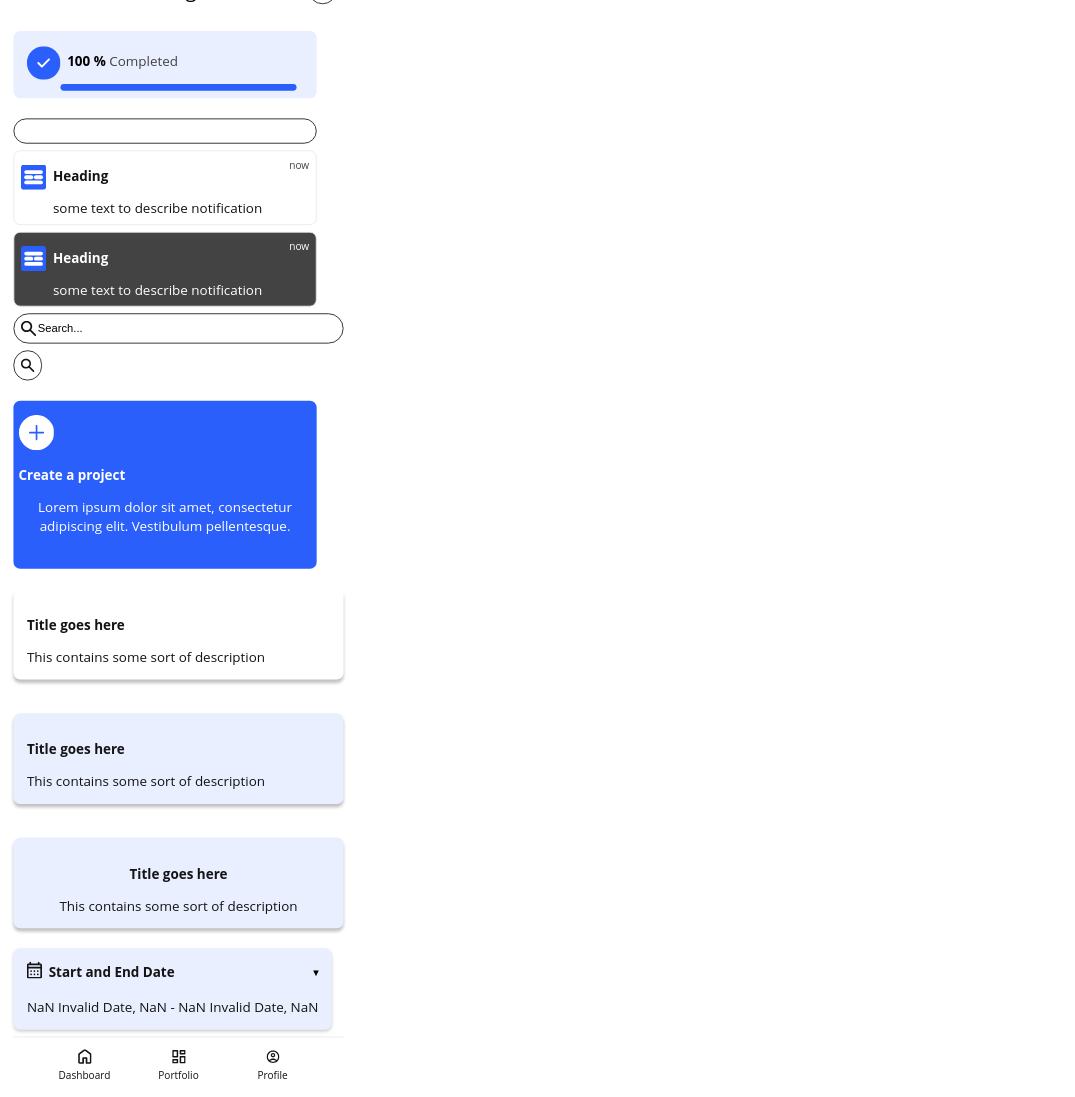
Repository: brunaguarizo/mosaic_app
Page: /
These files come from the project's save history. The page is drawn as it stood at one moment and after the next save; the edit follows.
The browser window is 1280 px wide. The pictures show the whole page, at 84% of full size.
The project was rebuilt for these pictures with package versions that can differ from the ones it lists, and the page was loaded fresh each time. The framework's server and built-in components were replaced by stand-ins that run in the browser. Also part of the build but not shown: next.config.mjs, app/_ui/Button/Button.js, app/_ui/Tag/Tag.js, app/_ui/Project_card/Project_card.js, app/_ui/Date_PopUp/Date_PopUp.module.css, app/_ui/Date_PopUp/Date_PopUp.js.

Above is the page before, as saved 2025-04-18 20:13:05.

### app/page.js
import Styles from "@/app/page.module.css";
import Navbar from "@/app/_ui/navbar/navbar";
import ProjectCard from "./_ui/Project_card/Project_card";
import Button from "./_ui/Button/Button";
import DatePicker from "./_ui/Date_PopUp/Date_PopUp";
import DateCard from "./_ui/Date_Card/Date_Card";
import CreateProject from "./_ui/Create_Project_Button/Create_Project_Button";
import DescriptionBox from "./_ui/Description_Box/Description_Box";
import Searchbar from "./_ui/Search_Bar/Search_Bar";
import Headingbar from "./_ui/Heading_Bar/Heading_Bar";
import NotificationBox from "./_ui/Notification_Box/Notification_Box";
import ProgressBar from "./_ui/Progress_Bar/Progress_Bar";
import SingleInput from "./_ui/Input_Box/Input_Box";

export default function Home() {
    return (
        <div className={Styles.container}>
            <Headingbar
                heading='Heading'
                type='navigation'
            />
            <Headingbar
                heading='Heading'
                type='pagination'
            />
            <Headingbar
                heading='Heading'
                type='search'
            />
            <Headingbar
                heading='Heading'
                type='heading'
            />
            <ProgressBar CompletionAmount={100} />
            <SingleInput type='secondary' />
            <NotificationBox
                type='primary'
                notificationHeading='Heading'
                notificationBody='some text to describe notification'
                image='mosaic-favicon'
                time='now'
            />
            <NotificationBox
                type='secondary'
                notificationHeading='Heading'
                notificationBody='some text to describe notification'
                image='mosaic-favicon'
                time='now'
            />
            <Searchbar type='primary' />
            <Searchbar
                type='secondary'
                inputView='invisible'
            />

            <CreateProject />
            <DescriptionBox
                title='Title goes here'
                description='This contains some sort of description'
                useCase='primary'
            />
            <DescriptionBox
                title='Title goes here'
                description='This contains some sort of description'
                useCase='secondary'
            />
            <DescriptionBox
                title='Title goes here'
                description='This contains some sort of description'
                useCase='conditions'
            />
            <DateCard />
            <Navbar />
        </div>
    );
}

### app/globals.css
/* ------------------------------------------------------ GENERAL STYLES ------------------------------------------------------ */
*,
*::before,
*::after {
    box-sizing: inherit;
}

html,
body {
    padding: 0;
    margin: 0;
    font-family: var(--font-family);
    box-sizing: border-box;
}

html {
    display: flex;
    justify-content: center;
    align-items: center;
    width: 393px;
    height: 100%;
    margin: var(--space-regular);
}

.container {
}

.two-column {
    display: grid;
    grid-template-columns: 1fr 1fr;
    gap: var(--space-large);
}

/* ------------------------------------------------------ VARIABLES ------------------------------------------------------ */
:root {
    /* ----- COLORS ----- */
    --blue-primary: rgb(43, 95, 252);
    --blue-50: rgb(234, 239, 255);
    --blue-900: rgb(18, 40, 106);
    --white: #ffffff;
    --black: rgb(20, 20, 20);
    --grey-400: rgb(67, 67, 67);
    --yellow-secondary: rgb(255, 218, 1);
    --orange-secondary: rgb(255, 94, 9);
    --green-secondary: rgb(0, 193, 79);
    --purple-secondary: rgb(154, 65, 255);

    /* ----- TYPE ----- */
    --font-family: "Open Sans", sans-serif;

    --header-xxlarge-size: 88px;
    --title-section-font-size: 30px;
    --button-font-size: 24px;
    --body-text-font-size: 20px;
    --menu-font-size: 16px;
    --label-font-size: 12px;

    --font-style-normal: normal;
    --font-weight-bold: bold;

    --line-height-xxlarge: 100px;
    --line-height-large: 36px;
    --line-height-medium: 28px;
    --line-height-small: 20px;

    /* ----- SPACING ----- */
    --space-small: 8px;
    --space-regular: 16px;
    --space-medium: 32px;
    --space-large: 48px;
    --space-extra-large: 140px;
}

### app/_ui/navbar/navbar.module.css

.nav {
    width: 393px;
    height: 72px;
    justify-content: center;
    align-items: center;
    display: flex;
    flex-direction: row;
    padding: 0;
    margin: 0;
    gap: var(--space-large);
    border-top: 1px solid var(--grey-50);
}

.navbar__item {
    display: flex;
    flex-direction: column;
    justify-content: center;
    align-items: center;
    gap: 4px;
    text-decoration: none;
    width: 60px;
    height: 44px;
    padding-left: 32px;
    padding-right: 32px;
    margin: 0;
}

.navbar__icon {
    max-width: 16px;
    padding: 0;
    margin: 0;
    fill: var(--black);
}

.navbar__text {
    color: var(--black);
    font-size: var(--label-font-size);
    font-weight: var(--font-weight-400);
    line-height: var(--line-height-small);
    text-decoration: none;
    padding: 0;
    margin: 0;
}

.navbar__item:hover .navbar__text,
.navbar__item:hover .navbar__icon,
.navbar__item:active .navbar__text,
.navbar__item:active .navbar__icon {
  color: var(--blue-primary);
  fill: var(--blue-primary);
}

/* ------------------------------------------------------ VARIABLES ------------------------------------------------------ */
:root {
    /* ----- COLORS ----- */
    --blue-primary: rgb(43,95,252);
    --blue-50: rgb(234, 239, 255);
    --blue-900: rgb(18, 40, 106);
    --white: #FFFFFF;
    --grey-50: #E8E8E8;
    --black: rgb(20, 20, 20);
    --grey-400: rgb(67, 67, 67);
    --yellow-secondary: rgb(255, 218, 1);
    --orange-secondary: rgb(255, 94, 9);
    --green-secondary: rgb(0, 193, 79);
    --purple-secondary: rgb(154, 65, 255);

    /* ----- TYPE ----- */
    --font-family: "Open Sans", sans-serif;

    --header-xxlarge-size: 88px;
    --title-section-font-size: 30px;
    --button-font-size: 24px;
    --body-text-font-size: 20px;
    --menu-font-size: 16px;
    --label-font-size: 12px;

    --font-style-normal: normal;
    --font-weight-bold: bold;

    --line-height-xxlarge: 100px;
    --line-height-large: 36px;
    --line-height-medium: 28px;
    --line-height-small: 20px;

    /* ----- SPACING ----- */
    --space-small: 8px;
    --space-regular: 16px;
    --space-medium: 32px;
    --space-large: 48px;
    --space-extra-large: 88px;
  }

### app/_ui/Button/Button.module.css
.button {
    font-family: var(--font-family);
    font-size: var(--font-size-regular);
    font-weight: var(--font-weight-bold);
    width: 100%;
    padding-top: var(--space-small);
    padding-left: var(--space-regular);
    padding-right: var(--space-regular);
    padding-bottom: var(--space-small);
    border-radius: 100px;
    align-items: center;
    border: none;

    &:hover {
        background-color: var(--blue-900);
        color: var(--white);
    }
}

.primary {
    background: var(--blue-primary);
    color: var(--white);
}

.secondary {
    background-color: var(--white);
    border: 1px solid var(--blue-primary);
    color: var(--blue-primary);
}

.disabled {
    pointer-events: none;
    color: var(--white);
    background-color: var(--blue-100);
}

.small {
    font-size: var(--font-size-small);
    padding: var(--space-small);
    align-items: center;
}

.large {
    font-size: var(--font-size-large);
    padding: var(--space-regular);
}

.error {
    background-color: var(--orange-secondary);
}

/* ------------------------------------------------------ VARIABLES ------------------------------------------------------ */
:root {
    /* ----- COLORS ----- */
    --blue-primary: rgb(43, 95, 252);
    --blue-50: rgb(234, 239, 255);
    --blue-100: #bdcdfe;
    --blue-900: rgb(18, 40, 106);
    --white: #ffffff;
    --black: rgb(20, 20, 20);
    --grey-400: rgb(67, 67, 67);
    --yellow-secondary: rgb(255, 218, 1);
    --orange-secondary: rgb(255, 94, 9);
    --green-secondary: rgb(0, 193, 79);
    --purple-secondary: rgb(154, 65, 255);

    /* ----- TYPE ----- */
    --font-family: "Open Sans", sans-serif;

    --font-size-extra-large: 30px;
    --font-size-large: 24px;
    --font-size-medium: 20px;
    --font-size-regular: 16px;
    --font-size-small: 12px;

    --font-style-normal: normal;
    --font-weight-bold: bold;

    --line-height-xxlarge: 100px;
    --line-height-large: 36px;
    --line-height-medium: 28px;
    --line-height-small: 20px;

    /* ----- SPACING ----- */
    --space-small: 8px;
    --space-regular: 16px;
    --space-medium: 32px;
    --space-large: 48px;
    --space-extra-large: 140px;
}

### app/_ui/Date_Card/Date_Card.module.css
.card {
    background-color: var(--blue-50);
    border-radius: var(--space-small);
    padding: var(--space-regular);
    gap: var(--space-regular);
    box-shadow: 0 2px 4px rgba(0, 0, 0, 0.2);
    font-family: var(--font-family);
    cursor: pointer;
    display: flex;
    flex-direction: column;
    width: fit-content;
}

.header {
    display: flex;
    align-items: center;
    gap: var(--space-small);
    font-size: var(--font-size-regular);
    font-weight: var(--font-weight-bold);
    color: var(--black);
}

.label {
    flex-grow: 1;
}

.arrow {
    font-size: var(--font-size-small);
    color: black;
}

.arrow:hover {
    font-size: var(--font-size-small);
    color: var(--blue-primary);
}

.dateRange {
    margin-top: 2px;
    font-size: var(--font-size-regular);
    color: var(--black);
}

/* ------------------------------------------------------ VARIABLES ------------------------------------------------------ */
:root {
    /* ----- COLORS ----- */
    --blue-primary: rgb(43, 95, 252);
    --blue-50: rgb(234, 239, 255);
    --blue-100: #bdcdfe;
    --blue-900: rgb(18, 40, 106);
    --white: #ffffff;
    --black: rgb(20, 20, 20);
    --grey-400: rgb(67, 67, 67);
    --yellow-secondary: rgb(255, 218, 1);
    --orange-secondary: rgb(255, 94, 9);
    --green-secondary: rgb(0, 193, 79);
    --purple-secondary: rgb(154, 65, 255);

    /* ----- TYPE ----- */
    --font-family: "Open Sans", sans-serif;

    --font-size-extra-large: 30px;
    --font-size-large: 24px;
    --font-size-medium: 20px;
    --font-size-regular: 16px;
    --font-size-small: 12px;

    --font-style-normal: normal;
    --font-weight-bold: bold;

    --line-height-xxlarge: 100px;
    --line-height-large: 36px;
    --line-height-medium: 28px;
    --line-height-small: 20px;

    /* ----- SPACING ----- */
    --space-small: 8px;
    --space-regular: 16px;
    --space-medium: 32px;
    --space-large: 48px;
    --space-extra-large: 140px;
}

### app/_ui/Create_Project_Button/Create_Project_Button.module.css
.button_background {
    background-color: var(--blue-primary);
    border-radius: var(--space-small);
    border: none;
    width: 361px;
    height: 200px;
    display: flex;
    flex-direction: column;
    margin-top: var(--space-regular);
}

.button_icon {
    width: 42px;
    height: 42px;
    align-self: center;
    box-sizing: content-box;
    margin-top: var(--space-regular);
}

.button_heading {
    text-align: center;
    font-family: "Open Sans", sans-serif;
    font-size: var(--menu-font-size);
    font-weight: var(--font-weight-bold);
    color: white;
    padding: 0px;
    border: 0px;
    margin-top: var(--space-regular);
    margin-bottom: 0px;
}

.button_description {
    font-family: "Open Sans", sans-serif;
    font-size: var(--menu-font-size);
    font-style: var(--font-weight-normal);
    color: white;
    border: 0px;
    padding: 0px;
    margin-top: var(--space-regular);
    margin-bottom: 0px;
}
/* ------------------------------------------------------ VARIABLES ------------------------------------------------------ */
:root {
    /* ----- COLORS ----- */
    --blue-primary: rgb(43, 95, 252);
    --blue-50: rgb(234, 239, 255);
    --blue-900: rgb(18, 40, 106);
    --white: #ffffff;
    --grey-50: #e8e8e8;
    --black: rgb(20, 20, 20);
    --grey-400: rgb(67, 67, 67);
    --yellow-secondary: rgb(255, 218, 1);
    --orange-secondary: rgb(255, 94, 9);
    --green-secondary: rgb(0, 193, 79);
    --purple-secondary: rgb(154, 65, 255);

    /* ----- TYPE ----- */
    --font-family: "Open Sans", sans-serif;

    --header-xxlarge-size: 88px;
    --title-section-font-size: 30px;
    --button-font-size: 24px;
    --body-text-font-size: 20px;
    --menu-font-size: 16px;
    --label-font-size: 12px;

    --font-style-normal: normal;
    --font-weight-bold: bold;

    --line-height-xxlarge: 100px;
    --line-height-large: 36px;
    --line-height-medium: 28px;
    --line-height-small: 20px;

    /* ----- SPACING ----- */
    --space-small: 8px;
    --space-regular: 16px;
    --space-medium: 32px;
    --space-large: 48px;
    --space-extra-large: 140px;
}

### app/_ui/Search_Bar/Search_Bar.module.css
.primary {
    border: 1px solid var(--black);
    padding: var(--space-small);
    box-sizing: content-box;
    display: flex;
    flex-direction: row;
    border-radius: var(--border-radius-large);
}

.secondary {
    border: 1px solid var(--black);
    border-radius: var(--border-radius-large);
    width: var(--space-regular);
}

.visible {
    border: none;
}
.invisible {
    display: none;
}

.search_item {
    border: none;
}

.search_item:focus {
    outline: none;
    box-shadow: none;
}

/* ------------------------------------------------------ VARIABLES ------------------------------------------------------ */
:root {
    /* ----- COLORS ----- */
    --blue-primary: rgb(43, 95, 252);
    --blue-50: rgb(234, 239, 255);
    --blue-900: rgb(18, 40, 106);
    --white: #ffffff;
    --grey-50: #e8e8e8;
    --black: rgb(20, 20, 20);
    --grey-400: rgb(67, 67, 67);
    --yellow-secondary: rgb(255, 218, 1);
    --orange-secondary: rgb(255, 94, 9);
    --green-secondary: rgb(0, 193, 79);
    --purple-secondary: rgb(154, 65, 255);

    /* ----- BORDER RADIUS ----- */
    --border-radius-large: 100px;

    /* ----- TYPE ----- */
    --font-family: "Open Sans", sans-serif;

    --header-xxlarge-size: 88px;
    --title-section-font-size: 30px;
    --button-font-size: 24px;
    --body-text-font-size: 20px;
    --menu-font-size: 16px;
    --label-font-size: 12px;

    --font-style-normal: normal;
    --font-weight-bold: bold;

    --line-height-xxlarge: 100px;
    --line-height-large: 36px;
    --line-height-medium: 28px;
    --line-height-small: 20px;

    /* ----- SPACING ----- */
    --space-small: 8px;
    --space-regular: 16px;
    --space-medium: 32px;
    --space-large: 48px;
    --space-extra-large: 140px;
}

### app/_ui/Heading_Bar/Heading_Bar.module.css
.contentInner {
    display: flex;
    flex-direction: column;
    gap: var(--space-regular);
}

.row {
    display: flex;
    align-items: center;
}

.heading {
    flex-grow: 1;
    text-align: center;
    font-weight: var(--font-weight-normal);
    font-size: var(--button-font-size);
}

.icon {
    color: var(--blue-50);
    display: flex;
    align-items: center;
    justify-content: center;
}
.visible {
    display: flex;
}

.hidden {
    display: none;
}

.iconButton {
    background: none;
    border: none;
    color: var(--blue-50);
    display: flex;
    align-items: center;
    justify-content: center;
    padding: var(--space-small);
}

.iconButton:hover {
    background-color: var(--blue-50);
    border-radius: var(--border-radius-large);
}

.pagination {
    flex-grow: 1;
    text-align: right;
    color: var(--black);
    font-size: var(--menu-font-size);
    padding-right: var(--space-small);
}
/* ------------------------------------------------------ VARIABLES ------------------------------------------------------ */
:root {
    /* ----- COLORS ----- */
    --blue-primary: rgb(43, 95, 252);
    --blue-50: rgb(234, 239, 255);
    --blue-900: rgb(18, 40, 106);
    --white: #ffffff;
    --grey-50: #e8e8e8;
    --black: rgb(20, 20, 20);
    --grey-400: rgb(67, 67, 67);
    --yellow-secondary: rgb(255, 218, 1);
    --orange-secondary: rgb(255, 94, 9);
    --green-secondary: rgb(0, 193, 79);
    --purple-secondary: rgb(154, 65, 255);

    /* ----- BORDER RADIUS ----- */
    --border-radius-large: 100px;

    /* ----- TYPE ----- */
    --font-family: "Open Sans", sans-serif;

    --header-xxlarge-size: 88px;
    --title-section-font-size: 30px;
    --button-font-size: 24px;
    --body-text-font-size: 20px;
    --menu-font-size: 16px;
    --label-font-size: 12px;

    --font-style-normal: normal;
    --font-weight-bold: bold;

    --line-height-xxlarge: 100px;
    --line-height-large: 36px;
    --line-height-medium: 28px;
    --line-height-small: 20px;

    /* ----- SPACING ----- */
    --space-small: 8px;
    --space-regular: 16px;
    --space-medium: 32px;
    --space-large: 48px;
    --space-extra-large: 140px;
}

### app/_ui/Progress_Bar/Progress_Bar.module.css
.background {
    background-color: var(--blue-50);
    display: flex;
    flex-direction: row;
    border-radius: var(--space-small);
    align-items: center;
    padding: 16px;
    width: 361px;
    height: 80px;
    margin-top: var(--space-regular);
}
.icon {
    color: var(--blue-primary);
}

.content_row {
    display: flex;
    flex-direction: column;
}

.bar_text {
    display: flex;
    flex-direction: row;
    align-items: center;
}
.bar_completion,
.bar_amount {
    font-family: var(--font-family);
}
.bar_completion {
    color: var(--grey-400);
}
.bar_amount {
    font-size: var(--menu-font-size);
    padding-right: 4px;
}
.bar_text {
    padding-left: var(--space-small);
}

.bar {
    background-color: var(--blue-primary);
    width: 281px;
    height: var(--space-small);
    border-radius: var(--space-small);
}

/* ------------------------------------------------------ VARIABLES ------------------------------------------------------ */
:root {
    /* ----- COLORS ----- */
    --blue-primary: rgb(43, 95, 252);
    --blue-50: rgb(234, 239, 255);
    --blue-900: rgb(18, 40, 106);
    --white: #ffffff;
    --grey-50: #e8e8e8;
    --black: rgb(20, 20, 20);
    --grey-400: rgb(67, 67, 67);
    --yellow-secondary: rgb(255, 218, 1);
    --orange-secondary: rgb(255, 94, 9);
    --green-secondary: rgb(0, 193, 79);
    --purple-secondary: rgb(154, 65, 255);

    /* ----- TYPE ----- */
    --font-family: "Open Sans", sans-serif;

    --header-xxlarge-size: 88px;
    --title-section-font-size: 30px;
    --button-font-size: 24px;
    --body-text-font-size: 20px;
    --menu-font-size: 16px;
    --label-font-size: 12px;

    --font-style-normal: normal;
    --font-weight-bold: bold;

    --line-height-xxlarge: 100px;
    --line-height-large: 36px;
    --line-height-medium: 28px;
    --line-height-small: 20px;

    /* ----- SPACING ----- */
    --space-small: 8px;
    --space-regular: 16px;
    --space-medium: 32px;
    --space-large: 48px;
    --space-extra-large: 140px;
}

### app/_ui/Input_Box/Input_Box.module.css
.primary {
    border: 1px solid var(--black);
    padding: 8px;
    margin-top: var(--space-regular);
    border-radius: 100px;
    width: 361px;
}

.hidden {
    display: none;
}

.input_name {
    font-family: var(--font-family);
    font-size: var(--label-font-size);
    color: var(--black);
}

/* ------------------------------------------------------ VARIABLES ------------------------------------------------------ */
:root {
    /* ----- COLORS ----- */
    --blue-primary: rgb(43, 95, 252);
    --blue-50: rgb(234, 239, 255);
    --blue-900: rgb(18, 40, 106);
    --white: #ffffff;
    --grey-50: #e8e8e8;
    --black: rgb(20, 20, 20);
    --grey-400: rgb(67, 67, 67);
    --yellow-secondary: rgb(255, 218, 1);
    --orange-secondary: rgb(255, 94, 9);
    --green-secondary: rgb(0, 193, 79);
    --purple-secondary: rgb(154, 65, 255);

    /* ----- TYPE ----- */
    --font-family: "Open Sans", sans-serif;

    --header-xxlarge-size: 88px;
    --title-section-font-size: 30px;
    --button-font-size: 24px;
    --body-text-font-size: 20px;
    --menu-font-size: 16px;
    --label-font-size: 12px;

    --font-style-normal: normal;
    --font-weight-bold: bold;

    --line-height-xxlarge: 100px;
    --line-height-large: 36px;
    --line-height-medium: 28px;
    --line-height-small: 20px;

    /* ----- SPACING ----- */
    --space-small: 8px;
    --space-regular: 16px;
    --space-medium: 32px;
    --space-large: 48px;
    --space-extra-large: 140px;
}

### app/_ui/Tag/Tag.module.css
.tag {
    font-family: var(--font-family);
    font-size: var(--font-size-small);
    font-weight: var(--font-weight-regular);
    width: 80px;
    padding: var(--space-extra-small);
    border-radius: 100px;
    border: none;
    background-color: var(--orange-secondary);

    display: flex;
    justify-content: center;
    align-items: center;
    text-align: center;
}

/* ------------------------------------------------------ VARIABLES ------------------------------------------------------ */
:root {
    /* ----- COLORS ----- */
    --blue-primary: rgb(43, 95, 252);
    --blue-50: rgb(234, 239, 255);
    --blue-100: #bdcdfe;
    --blue-900: rgb(18, 40, 106);
    --white: #ffffff;
    --black: rgb(20, 20, 20);
    --grey-400: rgb(67, 67, 67);
    --yellow-secondary: rgb(255, 218, 1);
    --orange-secondary: rgb(255, 94, 9);
    --green-secondary: rgb(0, 193, 79);
    --purple-secondary: rgb(154, 65, 255);

    /* ----- TYPE ----- */
    --font-family: "Open Sans", sans-serif;

    --font-size-extra-large: 30px;
    --font-size-large: 24px;
    --font-size-medium: 20px;
    --font-size-regular: 16px;
    --font-size-small: 12px;

    --font-style-normal: normal;
    --font-weight-bold: bold;

    --line-height-xxlarge: 100px;
    --line-height-large: 36px;
    --line-height-medium: 28px;
    --line-height-small: 20px;

    /* ----- SPACING ----- */
    --space-extra-small: 4px;
    --space-small: 8px;
    --space-regular: 16px;
    --space-medium: 32px;
    --space-large: 48px;
    --space-extra-large: 140px;
}

Loaded but not shown: app/layout.js (common file); app/_ui/Heading_Bar/Heading_Bar.js (110 lines, source omitted); app/_ui/navbar/navbar.js (56 lines, source omitted); app/_ui/Date_Card/Date_Card.js (50 lines, source omitted); app/_ui/Search_Bar/Search_Bar.js (36 lines, source omitted); app/_ui/Create_Project_Button/Create_Project_Button.js (38 lines, source omitted); app/_ui/Progress_Bar/Progress_Bar.js (38 lines, source omitted); app/_ui/Notification_Box/Notification_Box.js (37 lines, source omitted); app/_ui/Input_Box/Input_Box.js (25 lines, source omitted); app/_ui/Description_Box/Description_Box.js (18 lines, source omitted); app/page.module.css (174 lines, source omitted); app/_ui/Description_Box/Description_Box.module.css (94 lines, source omitted); app/_ui/Notification_Box/Notification_Box.module.css (107 lines, source omitted); app/_ui/Project_card/Project_card.module.css (102 lines, source omitted)

After the next save:
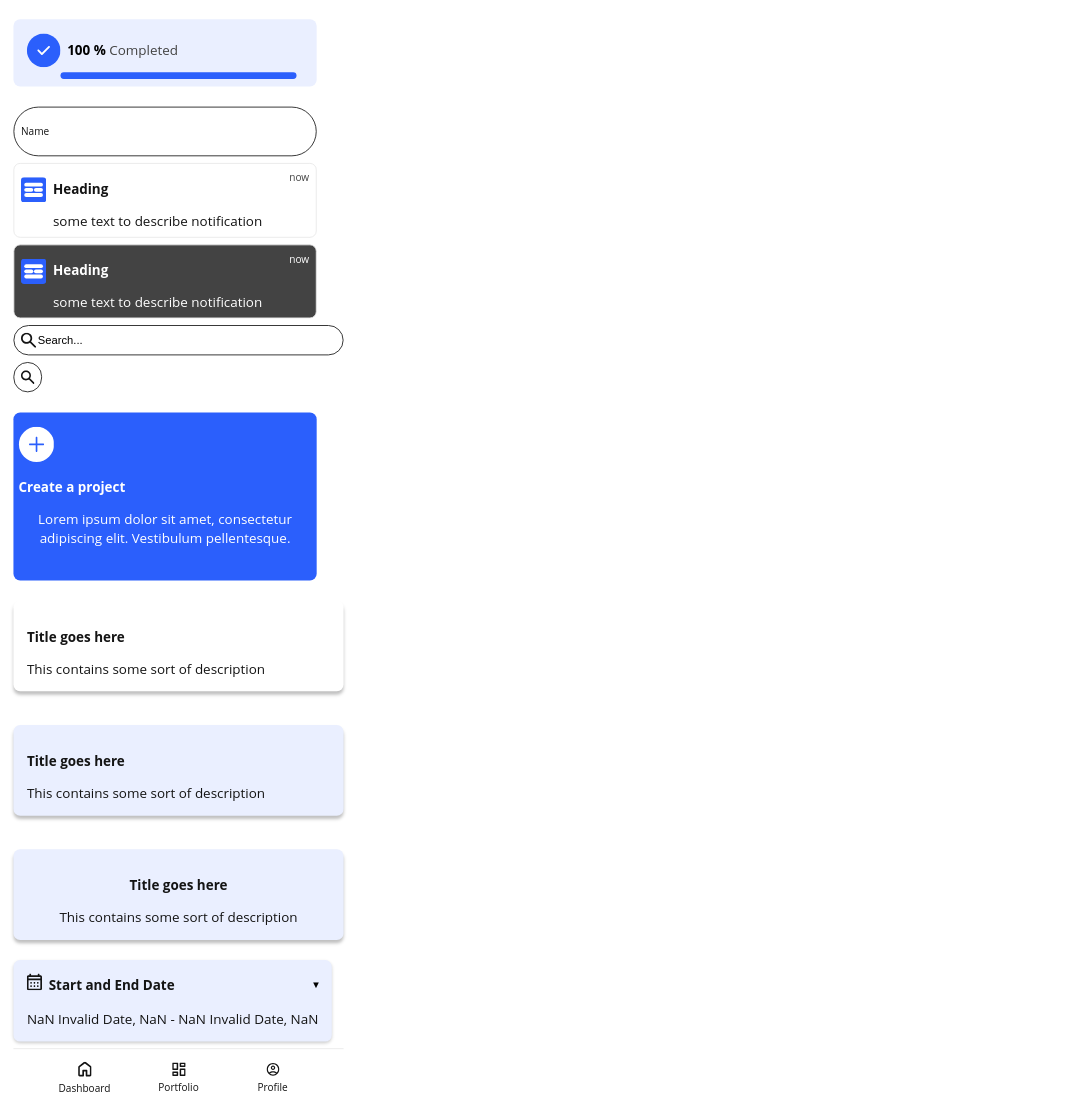
Saved 30 s later.
--- a/app/page.js
+++ b/app/page.js
@@ -32,7 +32,10 @@ export default function Home() {
                 type='heading'
             />
             <ProgressBar CompletionAmount={100} />
-            <SingleInput type='secondary' />
+            <SingleInput
+                type='secondary'
+                inputName='Name'
+            />
             <NotificationBox
                 type='primary'
                 notificationHeading='Heading'
